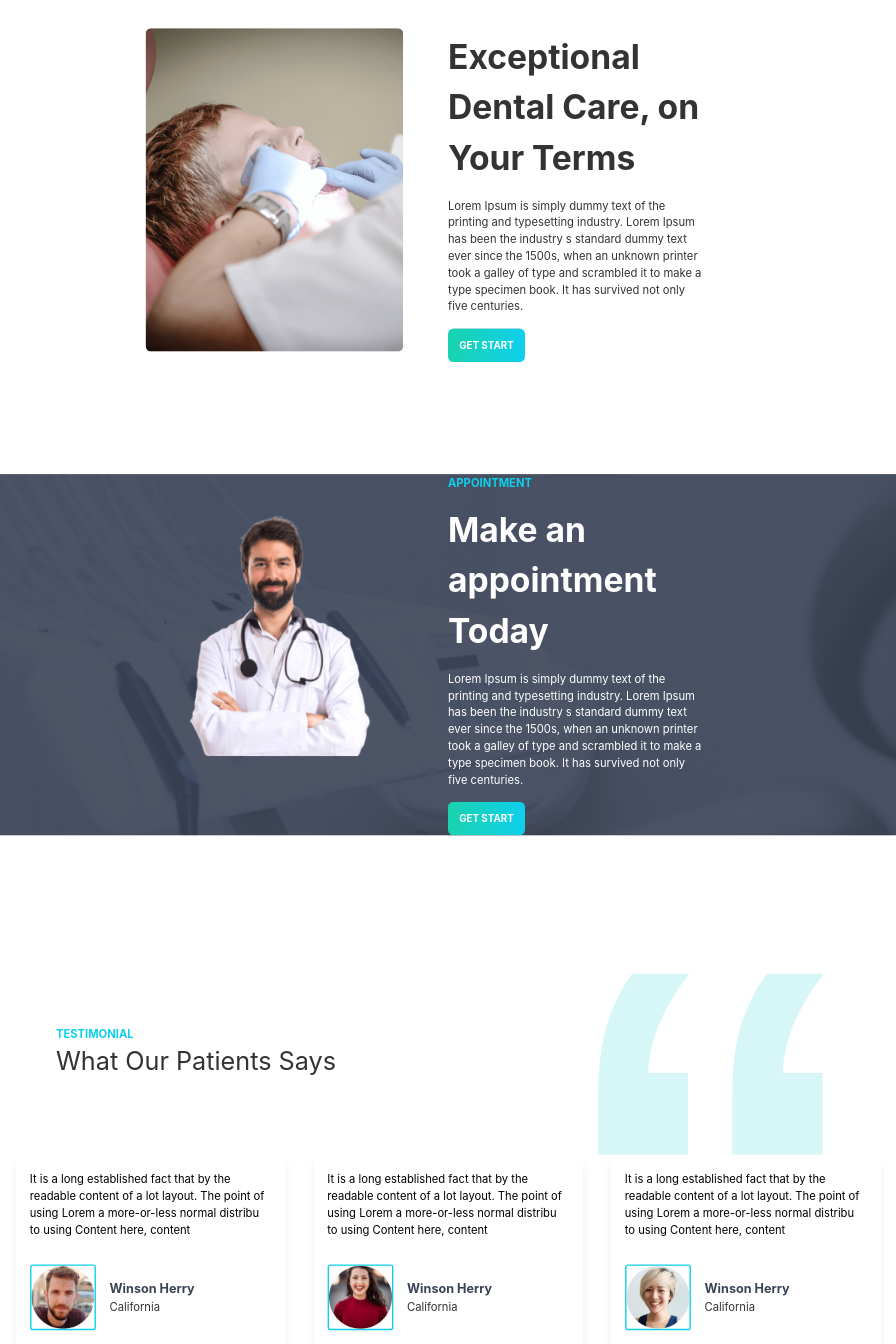
Repository: shikubro90/doctorsportal
Page: /
The author's editor kept a copy of each file at every save. The page is drawn from the files as they stood at one save, then again after the next save.
The browser window is 1280 px wide. The pictures show the part of the page from y = 1766 to 3686 px (the page is 3686 px tall), at 70% of full size.
The project was rebuilt for these pictures with package versions that can differ from the ones it lists, and the page was loaded fresh each time. Also part of the build but not shown: src/App.css, src/Pages/About/About.jsx.

Above is the page before, as saved 2022-10-02 10:19:32.

### src/App.js
import { Route, Routes } from 'react-router-dom';
import './App.css';
import About from './Pages/About/About';
import Home from './Pages/Home/Home';
import Navbar from './Shared/Navbar';

function App() {
  return (
    <div className="App">
      <Navbar/>
      <Routes>
        <Route path='/' element={<Home/>}/>
        <Route path='/home' element={<Home/>}/>
        <Route path='/about' element={<About/>}/>
      </Routes>
    </div>
  );
}

export default App;

### src/Pages/Home/Home.jsx
import React from 'react'
import AppointmentSection from './AppointmentSection'
import Banner from './Banner'
import BasicInfo from './BasicInfo'
import ServiceSection from './ServiceSection'
import TestimonialSection from './TestimonialSection'

const Home = () => {
  return (
    <div>
      <Banner />
      <BasicInfo/>
      <ServiceSection/>
      <AppointmentSection/>
      <TestimonialSection/>
    </div>
  )
}

export default Home

### src/Shared/Navbar.jsx
import React from 'react'
import { Link } from 'react-router-dom'

const Navbar = () => {
  return (
    <div className="px-20">
      <div className="navbar bg-base-100">
        <div className="navbar-start">
          <div className="dropdown">
            <label tabIndex={0} className="btn btn-ghost lg:hidden">
              <svg
                xmlns="http://www.w3.org/2000/svg"
                className="h-5 w-5"
                fill="none"
                viewBox="0 0 24 24"
                stroke="currentColor"
              >
                <path
                  strokeLinecap="round"
                  strokeLinejoin="round"
                  strokeWidth="2"
                  d="M4 6h16M4 12h8m-8 6h16"
                />
              </svg>
            </label>
            <ul
              tabIndex={0}
              className="menu menu-compact dropdown-content mt-3 p-2 shadow bg-base-100 rounded-box w-52"
            >
              <li>
                <Link to="/home">Home</Link>
              </li>
              <li>
                <Link to="/about">About</Link>
              </li>
              <li>
                <Link to="/appointment">Appointment</Link>
              </li>
              <li>
                <Link to="/review">Reviews</Link>
              </li>
              <li>
                <Link to="/contact">Contact Us</Link>
              </li>
              <li>
                <Link to="/contact">Login</Link>
              </li>
            </ul>
          </div>
          <Link to="/" className='btn btn-ghost normal-case text-xl'>Doctors Portal</Link>
        </div>

        <div className="navbar-center hidden lg:flex">

          <ul className="menu menu-horizontal p-0 pl-20">
            <li>
              <Link to="/home">Home</Link>
            </li>
            <li>
              <Link to="/about">About</Link>
            </li>
            <li>
              <Link to="/appointment">Appointment</Link>
            </li>
            <li>
              <Link to="/review">Reviews</Link>
            </li>
            <li>
              <Link to="/contact">Contact Us</Link>
            </li>
            <li>
              <Link to="/contact">Login</Link>
            </li>
          </ul>

        </div>

      </div>

    </div>
  )
}

export default Navbar

### src/Pages/Home/AppointmentSection.jsx
import React from 'react'
import AppointmentCard from './AppointmentCard'

import { appointment } from '../../assets/resourse/Resourse.js'

const AppointmentSection = () => {
  return (
    <div>
      {appointment.map(
        ({ id, image, title, desc, style, button_text, shortTitle }) => {
          return (
            <AppointmentCard
              key={id}
              image={image}
              title={title}
              desc={desc}
              style={style}
              button_text={button_text}
              shortTitle={shortTitle}
            />
          )
        },
      )}
    </div>
  )
}

export default AppointmentSection

### src/Pages/Home/Banner.jsx
import React from 'react'
import heroImage from '../../assets/images/chair.png'
import ButtonPrimary from '../../Shared/ButtonPrimary'
import bg from '../../assets/images/bg.png'

function Banner() {
  return (
    <div>
      <div
        className="hero min-h-screen"
        style={{ background: `url(${bg})`, backgroundSize: 'cover' }}
      >
        <div className="hero-content flex flex-col lg:flex-row-reverse">
          <img
            src={heroImage}
            className="max-w-lg rounded-lg shadow-2xl"
            alt="bannerImage"
          />
          <div className="px-6">
            <h1 className="text-5xl font-bold uppercase">
              Your New Smile Starts Here
            </h1>
            <p className="py-6 ">
              Provident cupiditate voluptatem et in. Quaerat fugiat ut assumenda
              excepturi exercitationem quasi. In deleniti eaque aut repudiandae
              et a id nisi.
            </p>
            <ButtonPrimary>{'Get Started'}</ButtonPrimary>
          </div>
        </div>
      </div>
    </div>
  )
}

export default Banner

### src/Pages/Home/BasicInfo.jsx
import MiniCard from './MiniCard'
import { miniCard } from '../../assets/resourse/Resourse.js'

const BasicInfo = () => {
  return (
    <div className="flex items-center justify-center gap-5 px-5">
      {miniCard.map(({ id, icon, title, style, disc }) => {
        return (
          <MiniCard
            key={id}
            icon={icon}
            title={title}
            style={style}
            disc={disc}
          />
        )
      })}
    </div>
  )
}

export default BasicInfo

### src/Pages/Home/ServiceSection.jsx
import MiniServiceCard from './MiniServiceCard'
import { serviceMiniCard } from '../../assets/resourse/Resourse'

const ServiceSection = () => {
  return (
    <div className="serviceWrapp pt-40">
      <div className="flex items-center justify-center flex-col">
        <p className="text-primary font-bold uppercase">Our Service</p>
        <h2 className="text-3xl my-5">Service We Provide</h2>
      </div>
      <div className="flex items-center justify-center px-5 gap-5">
        {serviceMiniCard.map(({ id, icon, title, disc, style }) => {
          return (
            <MiniServiceCard
              key={id}
              icon={icon}
              title={title}
              disc={disc}
              style={style}
            />
          )
        })}
      </div>
    </div>
  )
}

export default ServiceSection

### src/Pages/Home/TestimonialSection.jsx
import React from 'react'
import TestimonialCard from './TestimonialCard'
import quote from '../../assets/icons/quote.svg'
import { testimonial } from '../../assets/resourse/Resourse.js'

const TestimonialSection = () => {
  return (
    <div className="testimonial">
      <div className="testimonialWrap">
        <div className="content">
          <div className="header flex items-center justify-between px-20">
            <div className="header_left">
              <div className="shortTitle uppercase text-primary font-bold">
                Testimonial
              </div>
              <div className="text-[36px]">What Our Patients Says</div>
            </div>
            <div className="header_right">
              <img src={quote} alt="quote" />
            </div>
          </div>
          <div className="body flex items-center justify-center gap-10">
            {testimonial.map(({ id, title, image, name, country, desc }) => {
              return (
                <TestimonialCard
                  key={id}
                  title={title}
                  image={image}
                  name={name}
                  country={country}
                  desc={desc}
                />
              )
            })}
          </div>
        </div>
      </div>
    </div>
  )
}

export default TestimonialSection

### src/Pages/Home/AppointmentCard.jsx
import ButtonPrimary from '../../Shared/ButtonPrimary'


const AppointmentCard = (props) => {

  const { image, title, desc, style, button_text, shortTitle } = props

  return (
    <section className={`my-[160px]`} style={{background: `url(${style})`}}>
      <div className={`wrapper flex items-center px-52 ${style}`}>
        <div className="image flex-1">
          <img className={`rounded-lg ${style && "mt-[-60px]"}`} src={image} alt="bannerImage" />
        </div>
        <div className="details flex-1 flex justify-center flex-col px-16 gap-5">
          <div className="shortTitle uppercase text-primary font-bold">{shortTitle}</div>
          <div className={`title font-bold text-[48px] ${style && "text-white"}`}>{title}</div>
          <div className={`desc ${style && "text-white"}`}>{desc}</div>
          <ButtonPrimary>{button_text}</ButtonPrimary>
        </div>
      </div>
    </section>
  )
}

export default AppointmentCard

### src/assets/resourse/Resourse.js
import clock from '../icons/clock.svg'
import marker from '../icons/marker.svg'
import phone from '../icons/phone.svg'

import cavity from '../images/cavity.png'
import fluorid from '../images/fluoride.png'
import whitening from '../images/whitening.png'

import doctor from '../images/doctor-small.png'
import treatment from '../images/treatment.png'

import bgImage from '../images/appointment.png'


import people1 from '../images/people1.png'
import people2 from '../images/people2.png'
import people3 from '../images/people3.png'

export const miniCard = [
  {
    id: 0,
    icon: clock,
    title: 'Opening Hours',
    disc: 'Lorem Ipsum is simply dummy text of the pri',
    style: 'bg-gradient-to-r from-secondary to-primary text-white',
  },

  {
    id: 1,
    icon: marker,
    title: 'Visit our location',
    disc: 'Lorem Ipsum is simply dummy text of the pri',
    style: 'bg-[#3A4256] text-white',
  },

  {
    id: 2,
    icon: phone,
    title: 'Contact us now',
    disc: 'Lorem Ipsum is simply dummy text of the pri',
    style: 'bg-gradient-to-r from-secondary to-primary text-white',
  },
]

export const serviceMiniCard = [
  {
    id: 0,
    icon: cavity,
    title: 'Fluoride Treatment',
    disc:
      'Lorem Ipsum is simply dummy printing and typesetting indust Ipsum has been the',
    style: '',
  },
  {
    id: 1,
    icon: fluorid,
    title: 'Cavity Filling',
    disc:
      'Lorem Ipsum is simply dummy printing and typesetting indust Ipsum has been the',
    style: '',
  },
  {
    id: 2,
    icon: whitening,
    title: 'Teeth Whitening',
    disc:
      'Lorem Ipsum is simply dummy printing and typesetting indust Ipsum has been the',
    style: '',
  },
]

export const appointment = [
  {
    id: 0,
    image: treatment,
    title: 'Exceptional Dental Care, on Your Terms',
    desc:
      'Lorem Ipsum is simply dummy text of the printing and typesetting industry. Lorem Ipsum has been the industry s standard dummy text ever since the 1500s, when an unknown printer took a galley of type and scrambled it to make a type specimen book. It has survived not only five centuries.',
    button_text: 'Get Start',
    style: '',
  },
  {
    id: 1,
    image: doctor,
    shortTitle: 'Appointment',
    title: 'Make an appointment Today',
    desc:
      'Lorem Ipsum is simply dummy text of the printing and typesetting industry. Lorem Ipsum has been the industry s standard dummy text ever since the 1500s, when an unknown printer took a galley of type and scrambled it to make a type specimen book. It has survived not only five centuries.',
    button_text: 'Get Start',
    style: bgImage,
  },
]

export const testimonial = [
    {
        id : 0,
        desc : "It is a long established fact that by the readable content of a lot layout. The point of using Lorem a more-or-less normal distribu to using Content here, content",
        image : people1,
        name : "Winson Herry",
        country : "California"
    },
    {
        id : 1,
        desc : "It is a long established fact that by the readable content of a lot layout. The point of using Lorem a more-or-less normal distribu to using Content here, content",
        image : people2,
        name : "Winson Herry",
        country : "California"
    },
    {
        id : 2,
        desc : "It is a long established fact that by the readable content of a lot layout. The point of using Lorem a more-or-less normal distribu to using Content here, content",
        image : people3,
        name : "Winson Herry",
        country : "California"
    },
]

### src/Shared/ButtonPrimary.jsx
function ButtonPrimary({ children }) {

  return (
    <div>
      <button className={`btn bg-gradient-to-r from-secondary to-primary border-none font-bold text-white`}>
        {children}
      </button>
    </div>
  )
}

export default ButtonPrimary

### src/Pages/Home/MiniCard.jsx
const MiniCard = (props) => {
  const { icon, title, style, disc } = props
  return (
    <div
      className={`card card-side bg-base-100 shadow-xl flex items-center justify-center px-4 ${style}`}
    >
      <div className="">
        <img src={icon} alt="icon" />
      </div>
      <div className="card-body">
        <h2 className="card-title">{title}</h2>
        <p>{disc}</p>
      </div>
    </div>
  )
}

export default MiniCard

### src/Pages/Home/MiniServiceCard.jsx
const MiniServiceCard = (props) => {
  const { icon, title, disc } = props
  return (
    <div className="cardWrapper flex flex-col items-center justify-center p-6 py-20  gap-5 shadow-lg rounded-lg">
      <div className="icon">
        <img src={icon} alt="" />
      </div>
      <div className="title">{title}</div>
      <div className="desc text-center px-16">{disc}</div>
    </div>
  )
}

export default MiniServiceCard

### src/Pages/Home/TestimonialCard.jsx
import React from 'react'

const TestimonialCard = (props) => {
    const {desc,image, name, country} = props
  return (
    <div className='mainCard w-[385px] shadow-lg p-5'>
        <div className="CardBody flex flex-col gap-[38px]">
            <div className="desc">
                <p className='text-black'>{desc}</p>
            </div>
            <div className="bio flex items-center gap-5">
                <img className='rounded border-2 border-primary' src={image} alt="" />
                <div className="info">
                    <h4 className='font-bold text-accent text-lg'>{name}</h4>
                    <p>{country}</p>
                </div>
            </div>
        </div>
    </div>
  )
}

export default TestimonialCard

### tailwind.config.js
/** @type {import('tailwindcss').Config} */

module.exports = {
  content: ['./src/**/*.{js,jsx,ts,tsx}'],
  theme: {},
  daisyui: {
    themes: [
      {
        doctorstheme: {
          primary: '#0FCFEC',
          secondary: '#19D3AE',
          accent: '#3A4256',
          neutral: '#3d4451',
          'base-100': '#ffffff',
        },
      },
      'light',
      'cupcake',
    ],
  },
  plugins: [require('daisyui')],
}

Loaded but not shown: public/index.html (common file); src/index.js (common file); src/index.css (common file); src/reportWebVitals.js (common file)

After the next save:
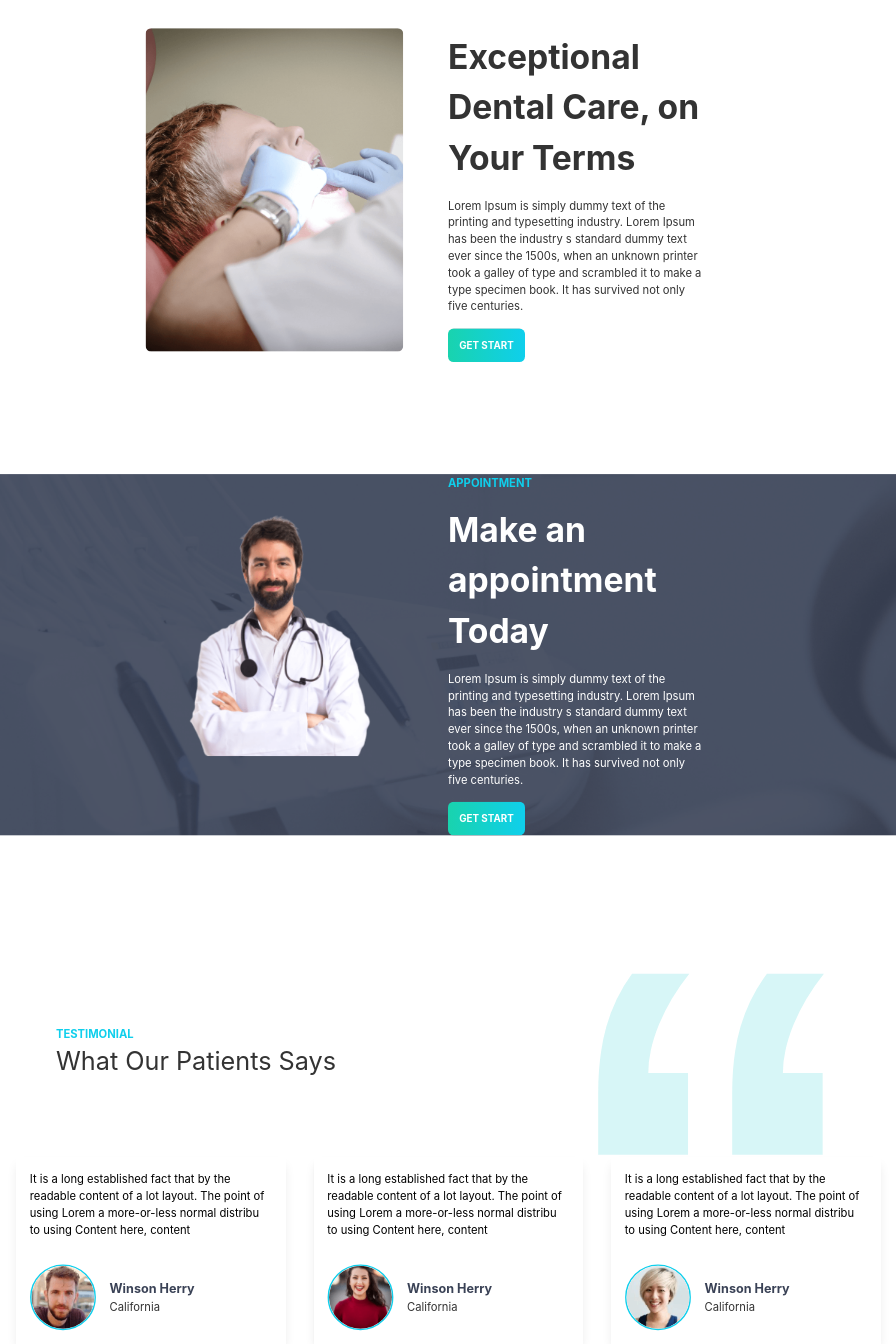
Saved 37 s later.
--- a/src/Pages/Home/TestimonialCard.jsx
+++ b/src/Pages/Home/TestimonialCard.jsx
@@ -9,7 +9,7 @@ const TestimonialCard = (props) => {
                 <p className='text-black'>{desc}</p>
             </div>
             <div className="bio flex items-center gap-5">
-                <img className='rounded border-2 border-primary' src={image} alt="" />
+                <img className='rounded-full border-2 border-primary' src={image} alt="" />
                 <div className="info">
                     <h4 className='font-bold text-accent text-lg'>{name}</h4>
                     <p>{country}</p>
